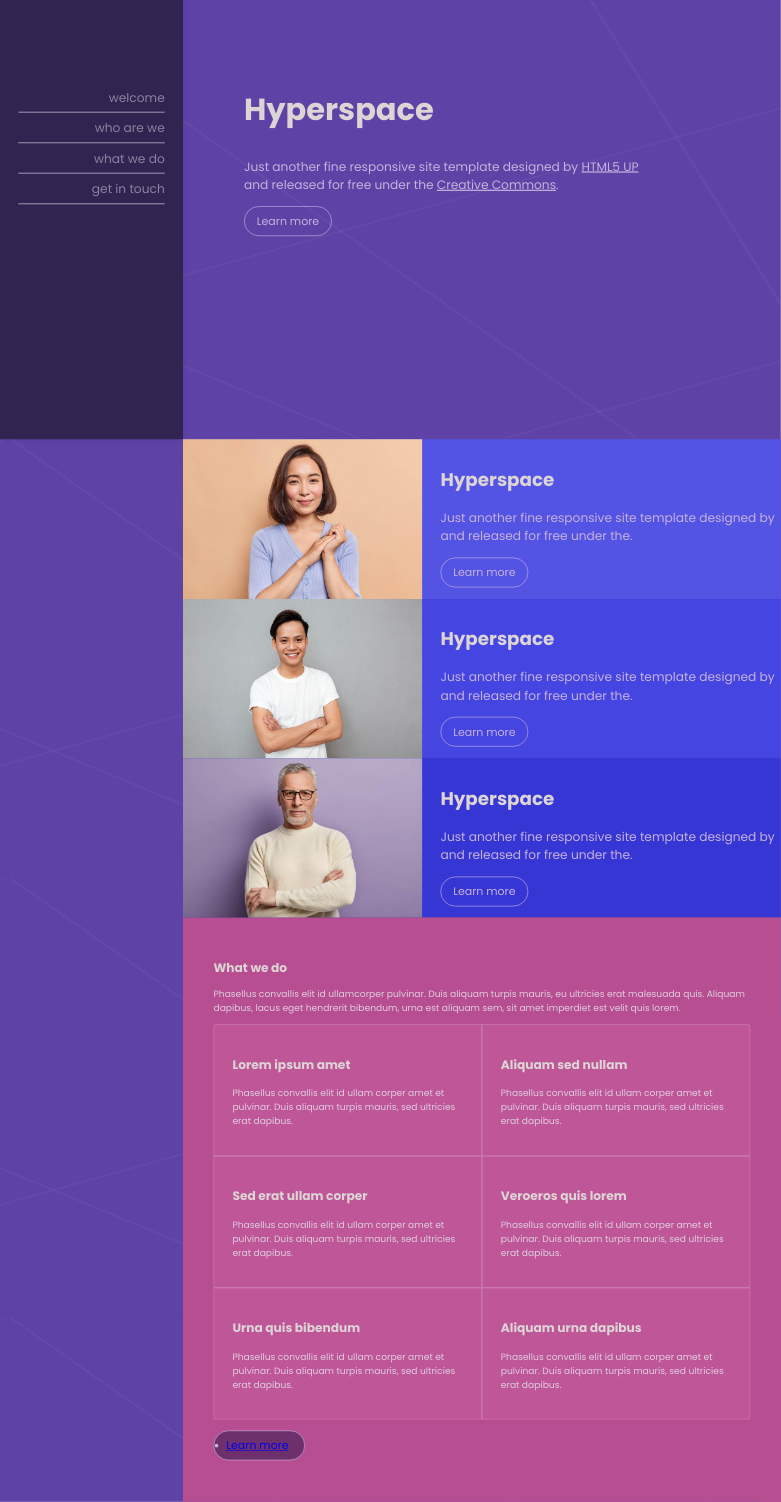
Repository: zai31/KIMIT_Tasks
Page: JsSession8/index.html
The author's editor kept a copy of each file at every save. The page is drawn from the files as they stood at one save, then again after a run of saves.
The browser window is 1280 px wide. The pictures show the whole page, at 61% of full size.
The pointer rests on the first visible `.flex-section .section .content .what .actions`.
Backgrounds fixed to the window are drawn as part of the page.

Above is the page before, as saved 2025-09-15 21:09:25.

### JsSession8/index.html
<!DOCTYPE html>
<html lang="en">
<head>
    <meta charset="UTF-8">
    <meta name="viewport" content="width=device-width, initial-scale=1.0">
    <link rel="stylesheet" href="./css/style.css">
    <title>Responsive</title>
</head>

<body>
    <section  class="flex-section">
        <div class="menu">
        <ul>
            <li><a href="#">welcome</a></li>
            <li><a href="#">who are we</a></li>
            <li><a href="#">what we do</a></li>
            <li><a href="#">get in touch</a></li>
        </ul>
</div>
<div class="section">
    <div class="content">
      <div class="intro">
							<h1>Hyperspace</h1>
							<p>Just another fine responsive site template designed by <a href="https://html5up.net">HTML5 UP</a><br>
							and released for free under the <a href="https://html5up.net/license">Creative Commons</a>.</p>
							<button>Learn more</button>

						</div>
    <div class="overview">
        <div class="s" style="background-color: rgb(83, 83, 228);">
           <img src="./images/1.jpg" alt="">

							<div ><h1>Hyperspace</h1>
                                <p>Just another fine responsive site template designed by
							and released for free under the.</p>
							<button>Learn more</button></div>
        </div>
        <div class="s" style="background-color: rgb(69, 69, 226);">
            <img src="./images/2.jpg" alt="">
							<div >
                                           	<h1>Hyperspace</h1>
<p>Just another fine responsive site template designed by
							and released for free under the.</p>
							<button>Learn more</button></div>
        </div>
        <div class="s" style="background-color: rgb(54, 54, 213);">
            <img src="./images/3.jpg" alt="">
							<div >
                                           	<h1>Hyperspace</h1>
<p>Just another fine responsive site template designed by
							and released for free under the.</p>
							<button>Learn more</button></div>
        </div>
    <div class="what">
							<h2>What we do</h2>
							<p>Phasellus convallis elit id ullamcorper pulvinar. Duis aliquam turpis mauris, eu ultricies erat malesuada quis. Aliquam dapibus, lacus eget hendrerit bibendum, urna est aliquam sem, sit amet imperdiet est velit quis lorem.</p>
							<div class="features">
								<section style="border-radius:5px 0px 0px 0 ;">
									<span class="icon fa-code"></span>
									<h3>Lorem ipsum amet</h3>
									<p>Phasellus convallis elit id ullam corper amet et pulvinar. Duis aliquam turpis mauris, sed ultricies erat dapibus.</p>
								</section>
								<section style="border-radius:0 5px 0px 0 ;">
									<span class="icon  fa-lock"></span>
									<h3>Aliquam sed nullam</h3>
									<p>Phasellus convallis elit id ullam corper amet et pulvinar. Duis aliquam turpis mauris, sed ultricies erat dapibus.</p>
								</section>
								<section>
									<span class="icon  fa-cog"></span>
									<h3>Sed erat ullam corper</h3>
									<p>Phasellus convallis elit id ullam corper amet et pulvinar. Duis aliquam turpis mauris, sed ultricies erat dapibus.</p>
								</section>
								<section>
									<span class="icon  fa-desktop"></span>
									<h3>Veroeros quis lorem</h3>
									<p>Phasellus convallis elit id ullam corper amet et pulvinar. Duis aliquam turpis mauris, sed ultricies erat dapibus.</p>
								</section>
								<section style="border-radius:0 0px 0px 5px  ;">
									<span class="icon  fa-link"></span>
									<h3>Urna quis bibendum</h3>
									<p>Phasellus convallis elit id ullam corper amet et pulvinar. Duis aliquam turpis mauris, sed ultricies erat dapibus.</p>
								</section>
								<section style="border-radius:0 0px 5px 0 ;">
									<span class="icon  fa-gem" ></span>
									<h3>Aliquam urna dapibus</h3>
									<p>Phasellus convallis elit id ullam corper amet et pulvinar. Duis aliquam turpis mauris, sed ultricies erat dapibus.</p>
								</section>
							</div>
							<ul class="actions">
								<li><a href="generic.html" class="button">Learn more</a></li>
							</ul>

    </div>
                        </div>
                        </div>
                    </section>
</body>
</html>

### JsSession8/CSS/style.css
@import url("https://fonts.googleapis.com/css2?family=Poppins:ital,wght@0,100;0,200;0,300;0,400;0,500;0,600;0,700;0,800;0,900;1,100;1,200;1,300;1,400;1,500;1,600;1,700;1,800;1,900&display=swap");

* {
    box-sizing: border-box;
    font-family: "Poppins", sans-serif;
}

:root {
    --sidebar-color: #312450;
    --primary-color: #5e42a6;
    --secondary-color: #b74e91;
    --section-bg-color: #c7b2dc;
    --dark-color: #000000;
    --navbar-bg-color: #273053;
    --p-color: #717275;
    --highlight-icon-color: #ff0100;
    --main-transition: 0.5s all ease-in-out;
}


html,
body {
    height: 100%;
    margin: 0;
    padding: 0;
}

.flex-section {
    display: flex;
    flex-direction: row;

}

/*side bar*/
.flex-section .menu {
    min-height: 100vh;
    /* ensures sidebar spans at least the full screen */
    height: auto;
    /* lets it grow with content */
    width: 300px;
    top: 0;
    left: 0;
    position: fixed;
    background-color: var(--sidebar-color);
    padding: 145px 30px;
    box-shadow: 0 0 10px rgba(0, 0, 0, 0.1);
}

.flex-section .menu ul {
    list-style: none;
    padding: 0;
    margin: 0;
    text-align: right;
}

.flex-section .menu ul li {
    margin-bottom: 10px;
    font-size: 20px;
    position: relative;
    /* needed for ::after positioning */
    padding-bottom: 10px;
}

.flex-section .menu ul li a {
    text-decoration: none;
    color: #8b82a1;

}

.flex-section .menu ul li::after {
    content: "";
    position: absolute;
    left: 0;
    bottom: 0;
    width: 100%;
    /* stick to the bottom */
    height: 2px;
    background-color: #8b82a1;
    /* thickness of underline */
    transition: width 0.3s ease;
}

/*use js*/
.flex-section .menu ul li a:hover::after {
    width: 100%;
    /* expand underline on hover */
}


.flex-section .menu ul li a:hover {
    color: #b5b8bf;
}

.flex-section .menu ul li a:active {
    color: #5e42a6;
}

.flex-section .menu ul li a:active::after {
    background: linear-gradient(to right, #4b0082, #8b00ff, #981196);
}






/*content first section */
.flex-section .section {
    flex: 1;
    background-color: var(--section-bg-color);
    background-attachment: fixed;
    background-image: url("../assets/css/images/Screenshot\ 2025-09-15\ 075920.png");
    background-position: top right;
    background-repeat: no-repeat;
    background-size: 100% 100%;
    padding-left: 300px;
}

.flex-section .section .content {
    display: flex;
    flex-direction: column;
    width: 100%;
}

.flex-section .section .content .intro {
    padding: 100px;
    width: 100%;
    height: 100vh;
}

.flex-section .section .content .intro h1 {
    color: rgb(221, 213, 213);
    font-size: 50px;
}

.flex-section .section .content .intro p,
.flex-section .section .content .intro a {
    color: var(--section-bg-color);
    font-size: 20px;
}

.flex-section .section .content .intro a:hover {
    color: #fefefe;
    text-decoration: none;
}

.flex-section .section .content .intro button {
    color: var(--section-bg-color);
    background-color: transparent;
    border: 1px solid var(--section-bg-color);
    padding: 10px 20px;
    border-radius: 25px;
    cursor: pointer;
    text-decoration: none;
    font-size: 18px;
}

.flex-section .section .content .intro button:hover {
    background-color: #6f54b6;
}




/*content second section */

.flex-section .section .content .overview .s {
    display: flex;
    flex-direction: row;
    align-items: center;
    gap: 30px;
}

.flex-section .section .content .overview .s h1 {
    color: rgb(221, 213, 213);
    font-size: 30px;
}

.flex-section .section .content .overview .s p {
    color: var(--section-bg-color);
    font-size: 20px;
}

.flex-section .section .content .overview .s button {
    color: var(--section-bg-color);
    background-color: transparent;
    border: 1px solid var(--section-bg-color);
    padding: 10px 20px;
    border-radius: 25px;
    cursor: pointer;
    text-decoration: none;
    font-size: 18px;
}

.flex-section .section .content .overview .s button:hover {
    background-color: rgb(77, 77, 246);
}

.flex-section .section .content .overview .s img {
    width: 40%;
}

/*what section*/

.flex-section .section .content .what {
    padding: 50px;
    width: 100%;
    background-color: var(--secondary-color);
}

.flex-section .section .content .what h3,
.flex-section .section .content .what h2 {
    color: rgb(221, 213, 213);
    font-size: 20px;
}
.flex-section .section .content .what p {
    color: #e0cee1;
    font-size: 15px;
}

.flex-section .section .content .what .features{
    display: flex;
    flex-direction: row;
    flex-wrap: wrap;
    background-color: #be5698;


}
.flex-section .section .content .what .features section {
 flex: 1 1 50%;     /* grow/shrink, ~half width with gap */
 border: 0.5px solid rgba(255, 255, 255, 0.248);
 box-sizing: border-box;
 padding: 30px;

}
.flex-section .section .content .what .actions {
   color: var(--section-bg-color);
    background-color: transparent;
    border: 1px solid var(--section-bg-color);
    padding: 10px 20px;
    border-radius: 25px;
    cursor: pointer;
    text-decoration: none;
    font-size: 18px;
    width: 150px;
}

.flex-section .section .content .what .actions:hover {
    background-color: rgb(110, 48, 108);
}

After the next 2 saves:
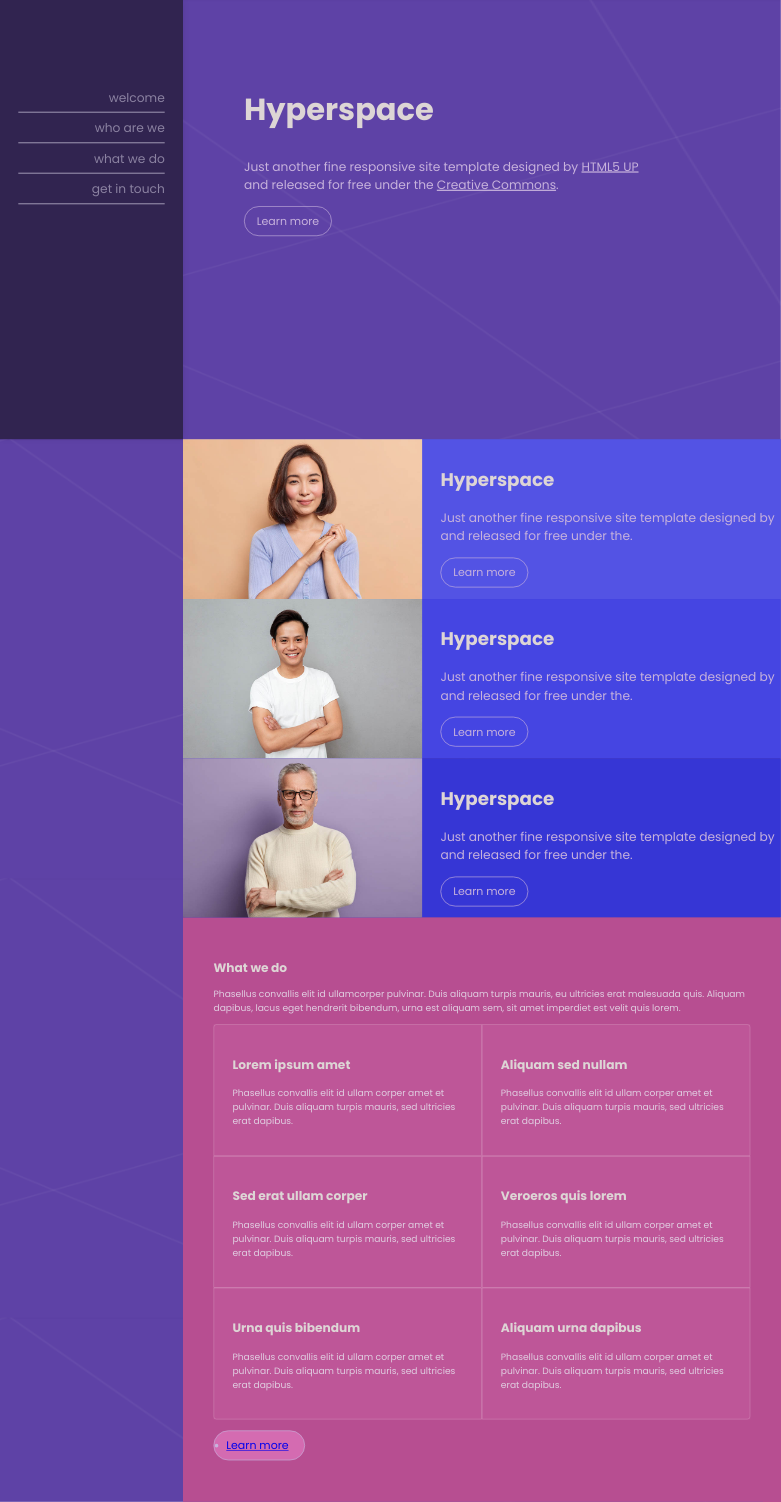
The 2 saves are shown as one change because they came seconds apart.
The last was saved 9 s later.
--- a/JsSession8/CSS/style.css
+++ b/JsSession8/CSS/style.css
@@ -246,5 +246,5 @@ body {
 }
 
 .flex-section .section .content .what .actions:hover {
-    background-color: rgb(110, 48, 108);
-}
+    background-color: rgb(212, 107, 177);
+}
